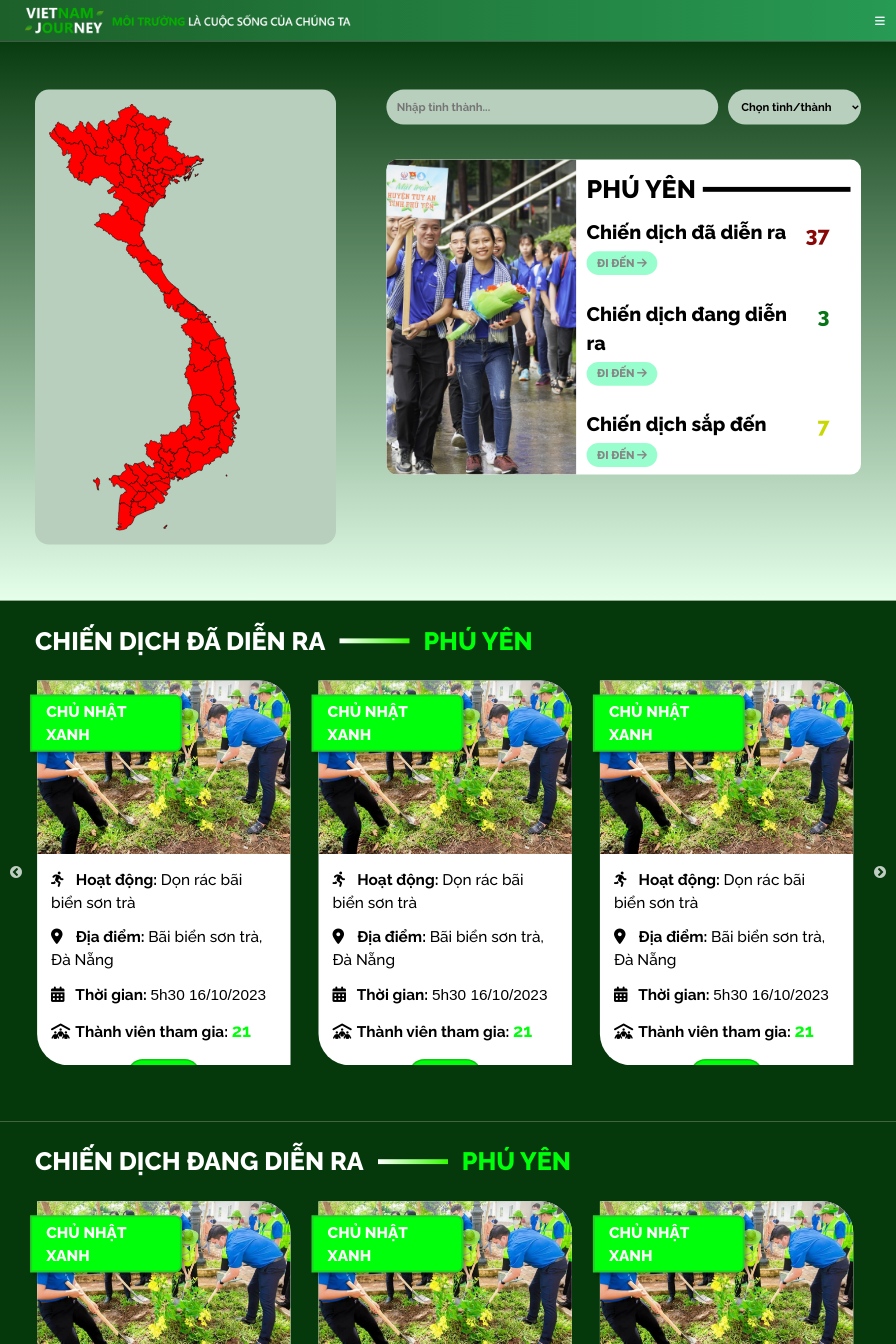
Repository: Boima12/Boima12.github.io_VietnamJourney
Page: HTML/ChienDich/ChienDich.html
An editor plug-in stored every save of this project. The page is shown before and after a run of saves, followed by the edit.
The browser window is 1280 px wide. The pictures show the part of the page from y = 0 to 1920 px (the page is 4640 px tall), at 70% of full size.

Above is the page before, as saved 2024-05-25 13:56:47.

After the next 2 saves:
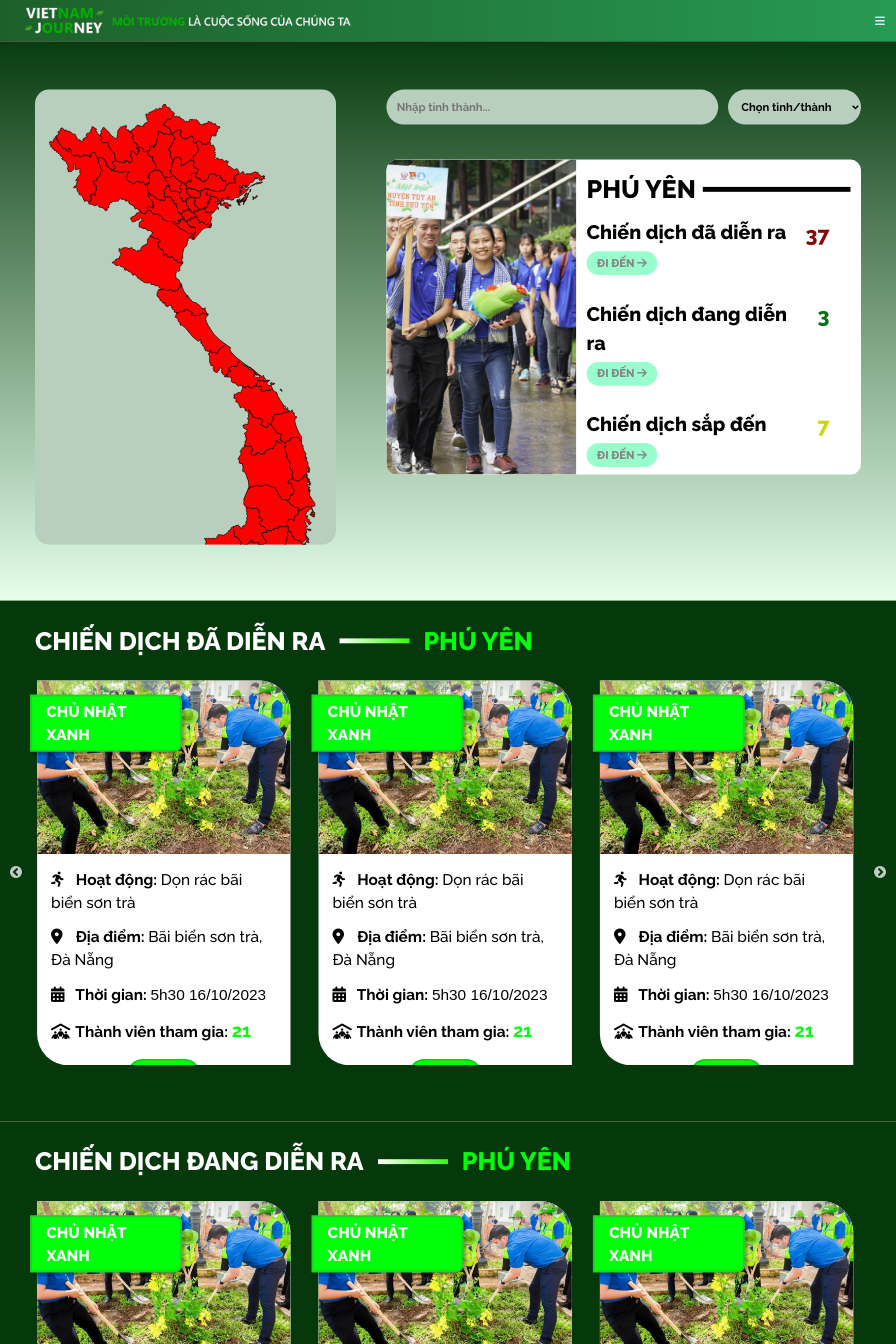
The 2 saves are shown as one change because they came seconds apart.
The last was saved 112 s later.
--- a/HTML/ChienDich/ChienDich.html
+++ b/HTML/ChienDich/ChienDich.html
@@ -97,8 +97,11 @@
         <div class="container">
             <div class="row">
                 <div class="col-xl-5  col-lg-5 col-md-12 col-sm-12 col-12">
+                    <!-- <div class="map">
+                        <img src="./images/vietnam.svg" alt="bản đồ việt nam">
+                    </div> -->
                     <div class="map">
-                        <img src="./images/vietnam.svg" alt="bản đồ việt nam">
+                        <object type="image/svg+xml" data="./images/vietnam.svg" alt="bản đồ việt nam"></object>
                     </div>
                 </div>
                 <div class="col-xl-7 col-lg-7 col-md-12 col-sm-12 col-12">
